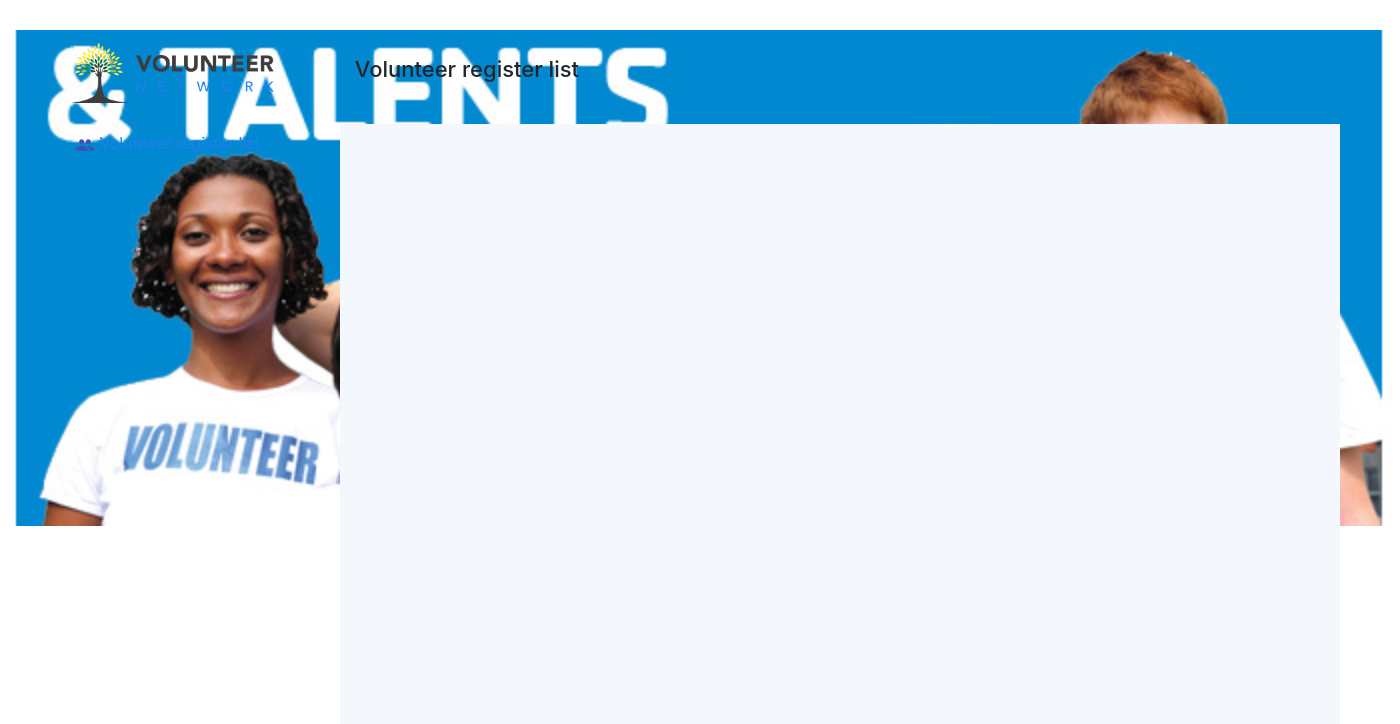
Repository: MdTahsinAmin/volunteer-network-client
Page: /adminPanel
The author's editor kept a copy of each file at every save. The page is drawn from the files as they stood at one save, then again after the next save.
The browser window is 1280 px wide. The page is 1400 px wide, so the pictures cover 1400 px, including what lies to the right of the window. The pictures show the whole page.
The project was rebuilt for these pictures with package versions that can differ from the ones it lists, and the page was loaded fresh each time.

Above is the page before, as saved 2020-10-04 23:53:02.

After the next save:
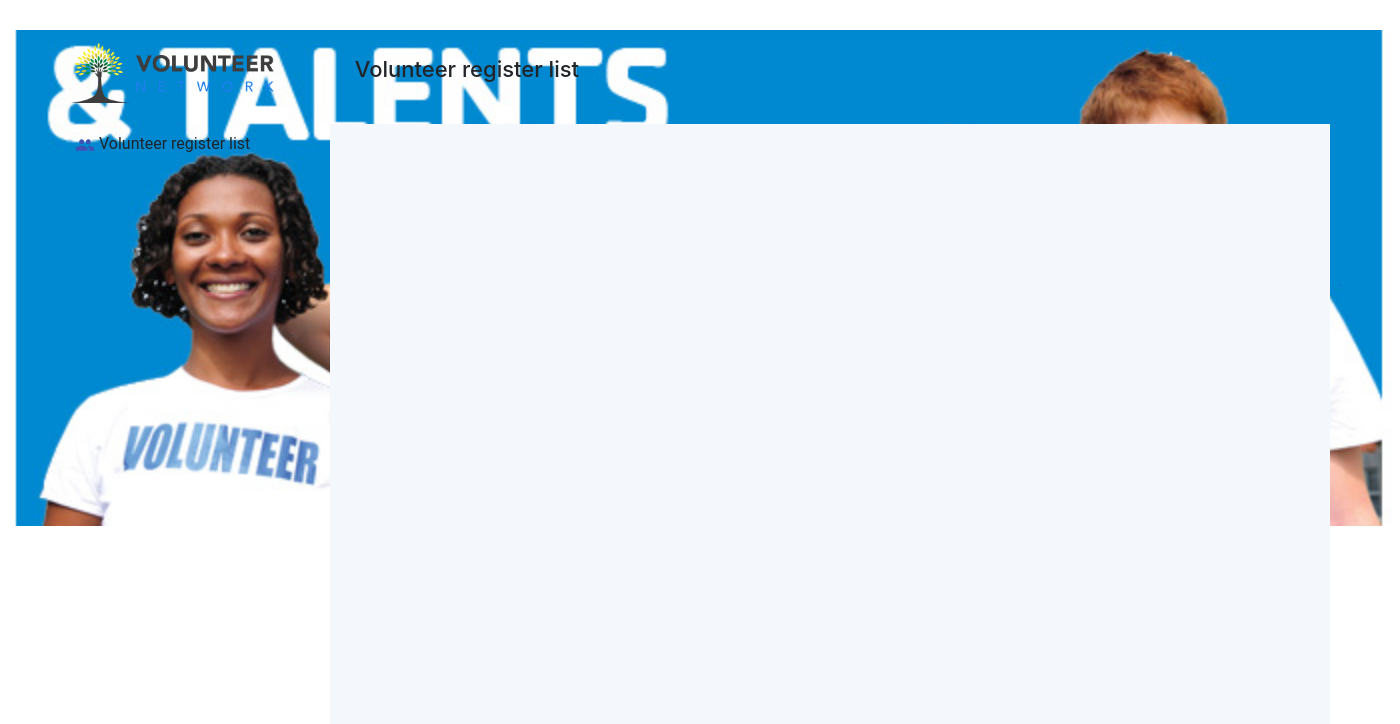
Saved 4 min 25 s later.
--- a/src/components/AdminPanel/AdminPanel.css
+++ b/src/components/AdminPanel/AdminPanel.css
@@ -17,10 +17,16 @@
 }
 .group-panel{
     display:inline-block;
-    color: #207FEE;
 }
 .group-panel span{
     margin-top:1px;
+    font-family: Roboto;
+    font-style: normal;
+    font-weight: normal;
+}
+.group-panel img{
+    width: 17px;
+    height: 17px;
 }
 .Volunteer-list{
     width:75%;
